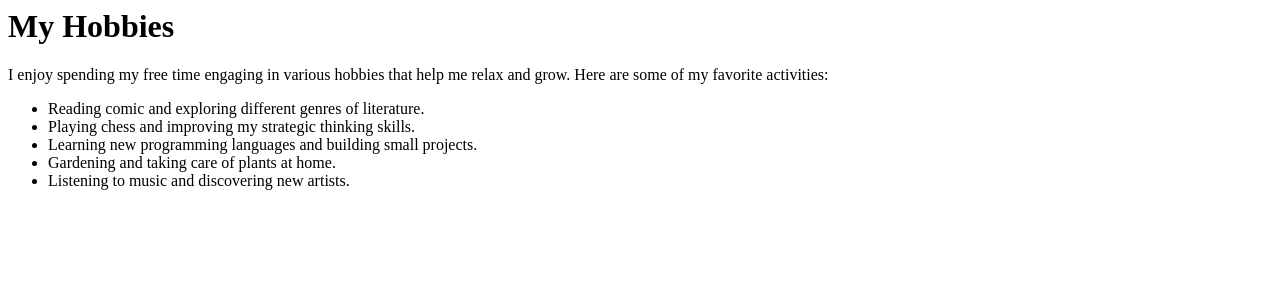
Repository: arzeee/Web_Course
Page: Capstone Project 1/hobbies.html
The author's editor kept a copy of each file at every save. The page is drawn from the files as they stood at one save, then again after the next save.
The browser window is 1280 px wide. The pictures show the whole page.

Above is the page before, as saved 2024-12-06 08:02:08.

After the next save:
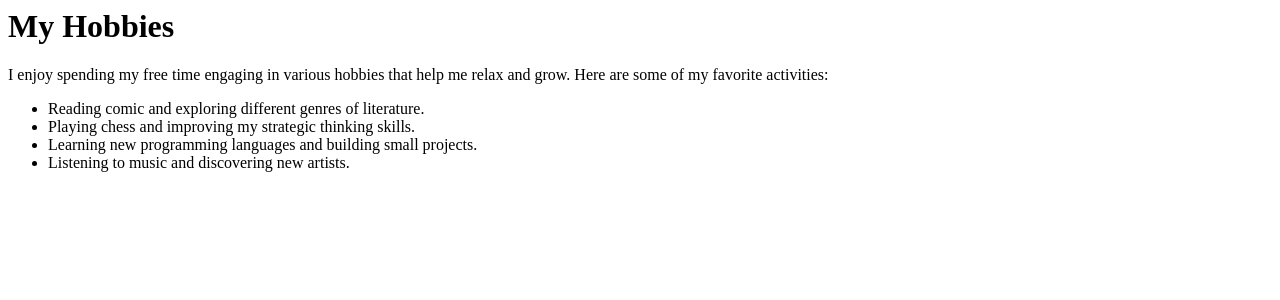
Saved 17 s later.
--- a/Capstone Project 1/hobbies.html
+++ b/Capstone Project 1/hobbies.html
@@ -4,6 +4,5 @@
     <li>Reading comic and exploring different genres of literature.</li>
     <li>Playing chess and improving my strategic thinking skills.</li>
     <li>Learning new programming languages and building small projects.</li>
-    <li>Gardening and taking care of plants at home.</li>
     <li>Listening to music and discovering new artists.</li>
 </ul>
